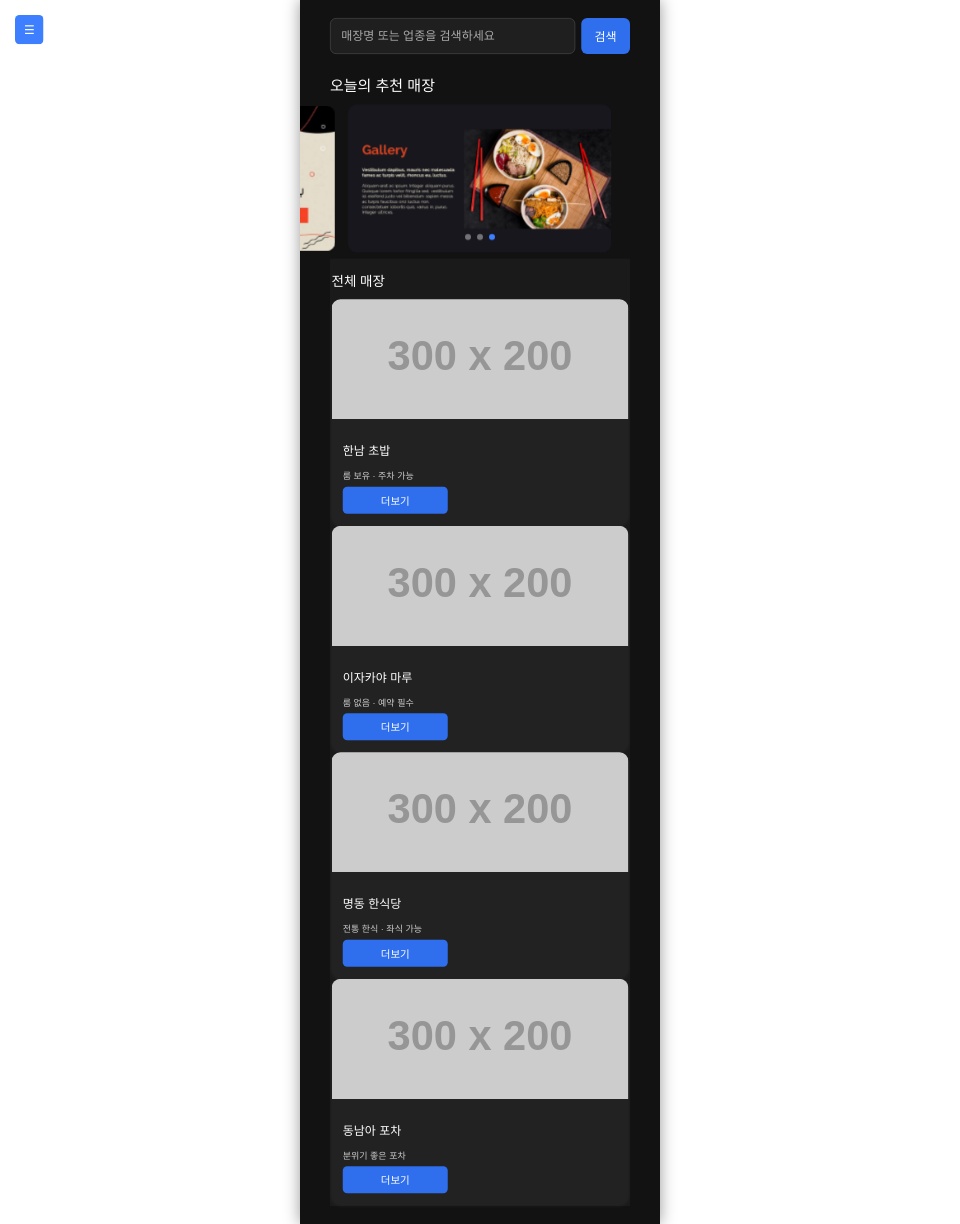
Repository: noiredex/Choplan-API
Page: / (app in choplan/frontend_main/)
The author's editor kept a copy of each file at every save. The page is drawn from the files as they stood at one save, then again after the next save.
The browser window is 1280 px wide. The pictures show the whole page, at 75% of full size.
The project was rebuilt for these pictures with package versions that can differ from the ones it lists, and the page was loaded fresh each time. Also part of the build but not shown: choplan/frontend_main/vite.config.js, choplan/frontend_main/vite.config.ts, choplan/frontend_main/src/styles/StoreDetailPage.css, choplan/frontend_main/src/pages/StoreDetailPage.jsx.

Above is the page before, as saved 2025-10-29 16:06:06.

After the next save:
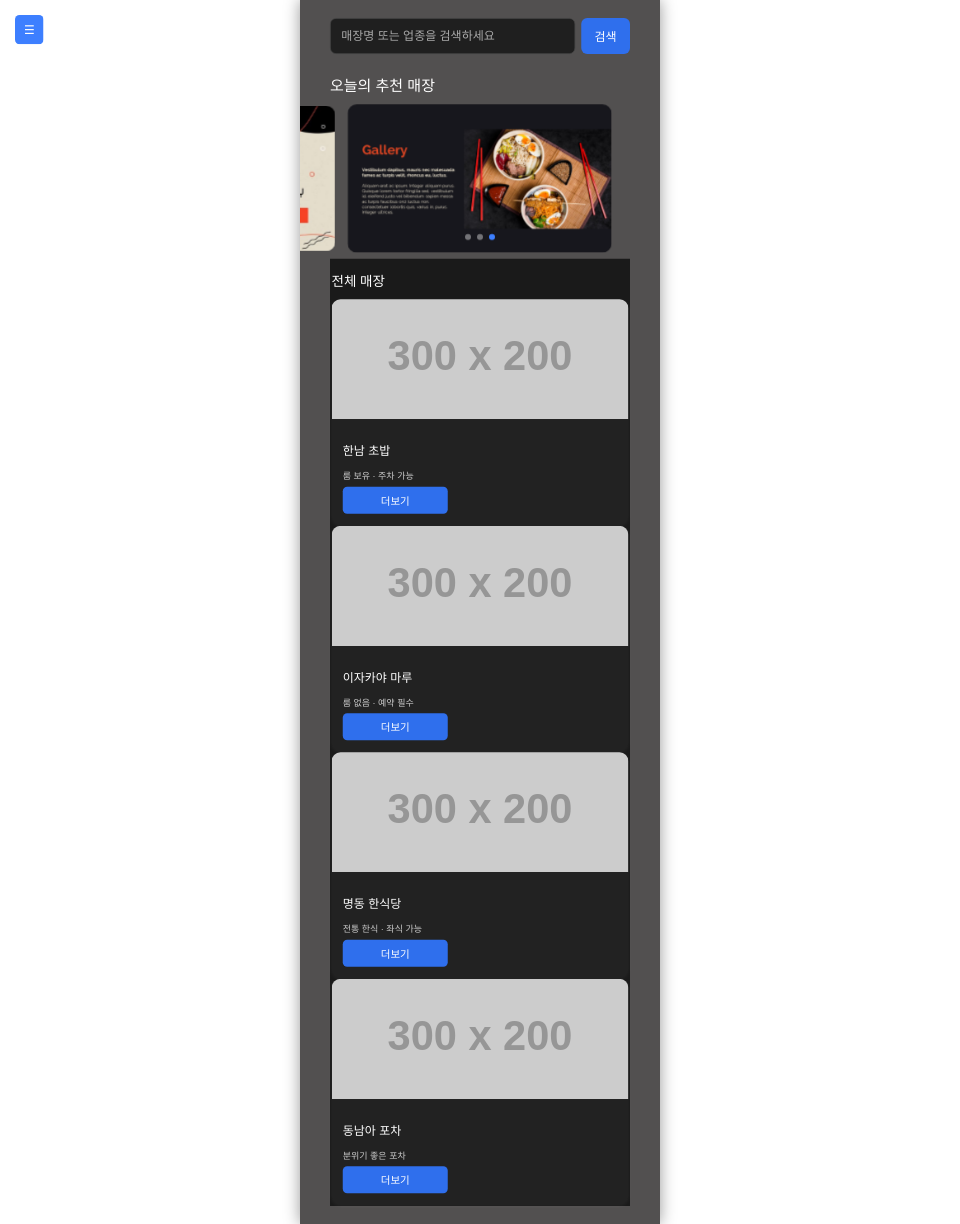
Saved 8 s later.
--- a/choplan/frontend_main/src/styles/HomePage.css
+++ b/choplan/frontend_main/src/styles/HomePage.css
@@ -6,7 +6,7 @@
   justify-content: flex-start;
   width: 100%;
   min-height: 100vh;
-  background-color: #121212; /* 다크모드 배경 */
+  background-color: #525050; /* 다크모드 배경 */
   overflow: hidden;
   box-sizing: border-box;
   color: #f0f0f0;
